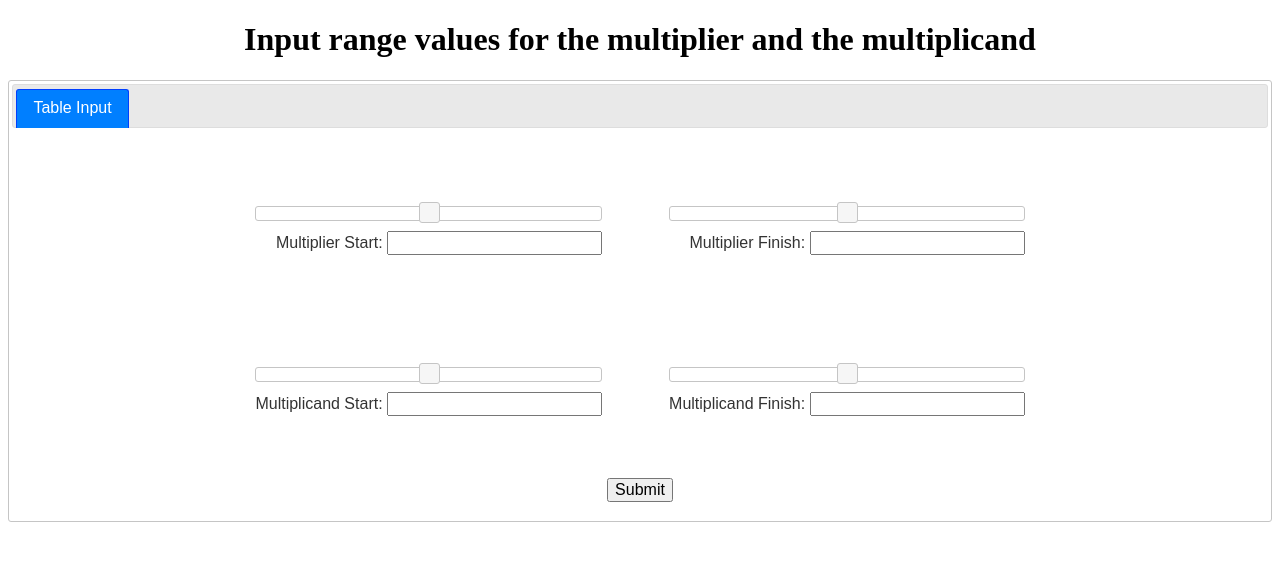
Repository: khrasna/HW4Part2
Page: index.html
The author's editor kept a copy of each file at every save. The page is drawn from the files as they stood at one save, then again after the next save.
The browser window is 1280 px wide. The pictures show the whole page.
Some web libraries are served in a nearby version.

Above is the page before, as saved 2021-11-15 16:34:05.

### index.html
<!-- HTML file for Assignment 3
By Karsten Hrasna  email Karsten_Hrasna@student.uml.edu-->
<!DOCTYPE html>
<html>

<head>
    <title>Multiplication Table</title>
    <link rel="stylesheet" href="style.css">
    <script type="text/javascript" src="https://ajax.googleapis.com/ajax/libs/jquery/3.5.1/jquery.min.js"></script>
    <script type="text/javascript" src="dist/jquery.validate.min.js"></script>
    <script type="text/javascript" src="formvalidate.js"></script>
    <script type="text/javascript"
        src="https://ajax.googleapis.com/ajax/libs/jqueryui/1.11.4/jquery-ui.min.js"></script>
    <link rel="stylesheet" href="https://ajax.googleapis.com/ajax/libs/jqueryui/1.11.4/themes/smoothness/jquery-ui.css">
</head>

<body>
    <h1>Input range values for the multiplier and the multiplicand</h1>
    <div id="tabs">
        <ul>
            <li><a href='#tab1'>Table Input</a></li>
        </ul>
        <div id="tab1">
            <!-- Learned from W3schools. Creates a form which takes number ranges for multiplier and multiplicand. -->


            <form id="FormInput" action="javascript:void(0);" method="get">
                <!--Learned about javascript:void(0) from Dutchie432 at https://stackoverflow.com/questions/1818249/form-with-no-action-and-where-enter-does-not-reload-page-->
                <table>
                    <tr>

                        <td class="pad">
                            <div id="slider-1"></div>
                            Multiplier Start: <input input="text" name="MultiplierStart">
                        </td>

                        <td>
                            <div id="slider-2"></div>
                            Multiplier Finish: <input type="text" name="MultiplierFinish">
                        </td>
                    </tr>
                    <tr>
                        <td class="pad">
                            <div id="slider-3"></div>
                            Multiplicand Start: <input type="text" name="MultiplicandStart">
                        </td>

                        <td>
                            <div id="slider-4"></div>
                            Multiplicand Finish: <input type="text" name="MultiplicandFinish">
                        </td>
                    </tr>
                </table>
                <input type="submit" value="Submit">
                <!--goes directly under form and processes the input to create a mult table-->
            </form>
        </div>
    </div>


</body>

</html>

### style.css
/*Created by Karsten Hrasna. email: Karsten_Hrasna@student.uml.edu*/
html,
body {
    height: 97%;
    text-align: center;
}

#slider-1,
#slider-2,
#slider-3,
#slider-4 {
    margin-bottom: 10px;
    margin-top: 10px;
}

div#tab1 {
    display: grid;
    grid-template-columns: 100%;
    /* top row of grid holds the form for input, the rest of page holds the multiplication table*/
    grid-template-rows: auto;
    height: 97%;

}

#multTable {
    margin: auto;
    border-collapse: separate;
    border-spacing: 0;
    /*the dynamically sized multiplication table */
    margin-top: 0px;
    border-bottom: 0px;

}

input[type=submit] {
    /* submit button under form spaced here */
    margin-top: 10px;
    margin-bottom: 0px;
}

#multTable td,
th {
    border: solid;
    border-color: black;
    min-width: 70px;
    font-size: 30px;
    height: 70px;
}


#multTable th {
    position: sticky;
    top: 0px;
    border-right: solid;
    border-right-color: white;
    border-bottom: solid;
    border-bottom-color: white;
    background-color: black;
    color: white;

}

#multTable th:first-child {
    position: sticky;
    top: 70px;
    left: 0;
}


.sticky {
    position: fixed;
    top: 0px;
    /* get the headers to stay fixed on mult table */
    width: 100%;
}

#multTable tr:first-child th:first-child {
    border: none;
    background-color: white;
}

#multTable p.inputError {
    margin: 0px;
}

form {
    grid-row: 1;
    margin-bottom: 0px;
}

table {
    margin-left: auto;
    margin-right: auto;
}

form td {
    text-align: right;
    justify-content: right;
    padding: 50px;

    /*line up the input form textboxes*/
}

form p {
    margin: 0px;
}

td.pad {
    padding-right: 15px;
}

### formvalidate.js
$(function () {
    $("#tabs").tabs();

    $("#slider-1").slider({
        min: -50,                       //initialize the four sliders to set the values of their respective input boxes
        max: 50,
        slide: function (event, ui) {
            $('input[name="MultiplierStart"]').val(ui.value);
        }
    });
    $("#slider-2").slider({
        min: -50,
        max: 50,
        slide: function (event, ui) {
            $('input[name="MultiplierFinish"]').val(ui.value);
        }
    });
    $("#slider-3").slider({
        min: -50,
        max: 50,
        slide: function (event, ui) {
            $('input[name="MultiplicandStart"]').val(ui.value);
        }
    });
    $("#slider-4").slider({
        min: -50,
        max: 50,
        slide: function (event, ui) {
            $('input[name="MultiplicandFinish"]').val(ui.value);
        }
    });

    $('input[name="MultiplierStart"]').on('keyup', function () { //if the input boxes values are changed, set the slider to that value
        $("#slider-1").slider("option", "value", $('input[name="MultiplierStart"]').val());
    });

    $('input[name="MultiplierFinish"]').on('keyup', function () {
        $("#slider-2").slider("option", "value", $('input[name="MultiplierFinish"]').val());
    });

    $('input[name="MultiplicandStart"]').on('keyup', function () {
        $("#slider-3").slider("option", "value", $('input[name="MultiplicandStart"]').val());
    });

    $('input[name="MultiplicandFinish"]').on('keyup', function () {
        $("#slider-4").slider("option", "value", $('input[name="MultiplicandFinish"]').val());
    });


    $.validator.addMethod("less", function (value, element, params) {
        if (params[0].value == "") {
            return true; // dont want it to say that the start has to be greater than finish if no finish given. instead it will say to give finish value in other error
        } else {
            return this.optional(element) || +value <= +params[0].value;

        } //checks to make sure that the starts are less than the finishes, learned from
    });                                                           // https://jqueryvalidation.org/jQuery.validator.addMethod/

    var valid = $('input[value="Submit"]').on("click", function () {

        $("#FormInput").validate({
            onkeyup: false,     //this makes it so the validator doesnt update the error messages whenever new input is typed. only validates when submit is hit.
            onfocusout: false,  //learned about onkeyup, and onfocusout at https://www.sitepoint.com/jquery-validation-validate-form-submit/
            rules: {
                MultiplierStart: {
                    digits: true,
                    less: $('input[name="MultiplierFinish"]'),
                    required: true,
                    range: [-50, 50]
                },
                MultiplierFinish: {
                    required: true,
                    digits: true,
                    range: [-50, 50]
                },

                MultiplicandStart: {
                    digits: true,
                    less: $('input[name="MultiplicandFinish"]'),
                    required: true,
                    range: [-50, 50]
                },

                MultiplicandFinish: {
                    digits: true,
                    required: true,
                    range: [-50, 50]
                }
            },

            messages: {
                MultiplierStart: {
                    digits: "Multiplier Start must be a digit",
                    required: "Multiplier Start must be a digit between -50 and 50",
                    range: "The range of Multiplier Start must stay within -50 and 50",
                    less: "The value of Multiplier Start must be less than or equal to Multiplier Finish."
                },

                MultiplierFinish: {
                    digits: "Multiplier Finish must be a digit",
                    required: "Multiplier Finish must be a digit between -50 and 50",
                    range: "The range of Multiplier Finish must stay within -50 and 50",
                },

                MultiplicandStart: {
                    digits: "Multiplicand Start must be a digit",
                    required: "Multiplicand Start must be a digit between -50 and 50",
                    range: "The range of Multiplicand Start must stay within -50 and 50",
                    less: "The value of Multiplicand Start must be less than or equal to Multiplicand Finish."
                },

                MultiplicandFinish: {
                    digits: "Multiplicand Finish must be a digit",
                    required: "Multiplicand Finish must be a digit between -50 and 50",
                    range: "The range of Multiplicand Finish must stay within -50 and 50",
                }
            },

            errorPlacement: function (error, element) {
                $(error).appendTo($(('#FormInput')));
            },
            errorElement: "p"

        });

        if ($("#FormInput").valid()) {
            process();
        }

    });

});

function process() {
    var multStart = $('input[name="MultiplierStart"]').val();
    var multFinish = $('input[name="MultiplierFinish"]').val();
    var multiplicandStart = $('input[name="MultiplicandStart"]').val();
    var multiplicandFinish = $('input[name="MultiplicandFinish"]').val();

     //clear old table and create a table with size based on input given
    const rowVals = [];
    const colVals = []; //these will hold the values of the multiplier and multiplicand
    var rows = multFinish - multStart;
    var cols = multiplicandFinish - multiplicandStart;
    var tabs = $("#tabs ul li").length + 1; //number of tabs, learned from https://stackoverflow.com/questions/14702631/in-jquery-ui-1-9-how-do-you-create-new-tabs-dynamically
    for (var i = 0; i <= cols; i++) {
        colVals[i] = (+multiplicandStart + +i); //save the values of the numbers being multiplied
    }
    for (var i = 0; i <= rows; i++) {
        rowVals[i] = (+multStart + +i);
    }
    var table = createTable(rows, cols, rowVals, colVals); //create table based on total rows and cols, and top and left are the sets of multipliers and multiplicands
    table.id = "multTable";
    //adds list item to tab list with parameters as title
    $("#tabs ul").append("<li><a href='#tab" + tabs + "'>" + multStart + " " + multFinish + " " + multiplicandStart + " " + multiplicandFinish + "</a></li>");
    $("#tabs").append("<div id='tab" + tabs + "'></div>");
    $("#tab" + tabs).append(table);
    $("#tabs").tabs("refresh");

}

function createTable(rows, cols, rowVals, colVals) {
    var t = document.createElement('table');
    for (var x = 0; x <= rows + 1; x++) { // rows and cols + 1 to indicate ranges of numbers
        var r = document.createElement('tr');
        t.appendChild(r);
        for (var y = 0; y <= cols + 1; y++) {   //creates the cols of the table row by row
            if (y == 0) {
                var c = document.createElement('th'); //create and insert element based on position in table
                c.id = "topHeader";
                if (x != 0) {
                    c.innerHTML = rowVals[x - 1]; // - 1 because it is moved over 1 to the right
                }
            } else if (x == 0) {
                var c = document.createElement('th');
                if (y != 0) {
                    c.innerHTML = colVals[y - 1];
                }
            } else {
                var c = document.createElement('td');
                c.innerHTML = rowVals[x - 1] * colVals[y - 1];
                if (((y % 2) + (x % 2)) == 0 || ((y % 2) + (x % 2)) == 2) { // checker board effect
                    c.style.backgroundColor = "gray";
                }
            }
            r.appendChild(c);
        }
    }
    return t;
}

Loaded but not shown: dist/jquery.validate.min.js (library)

After the next save:
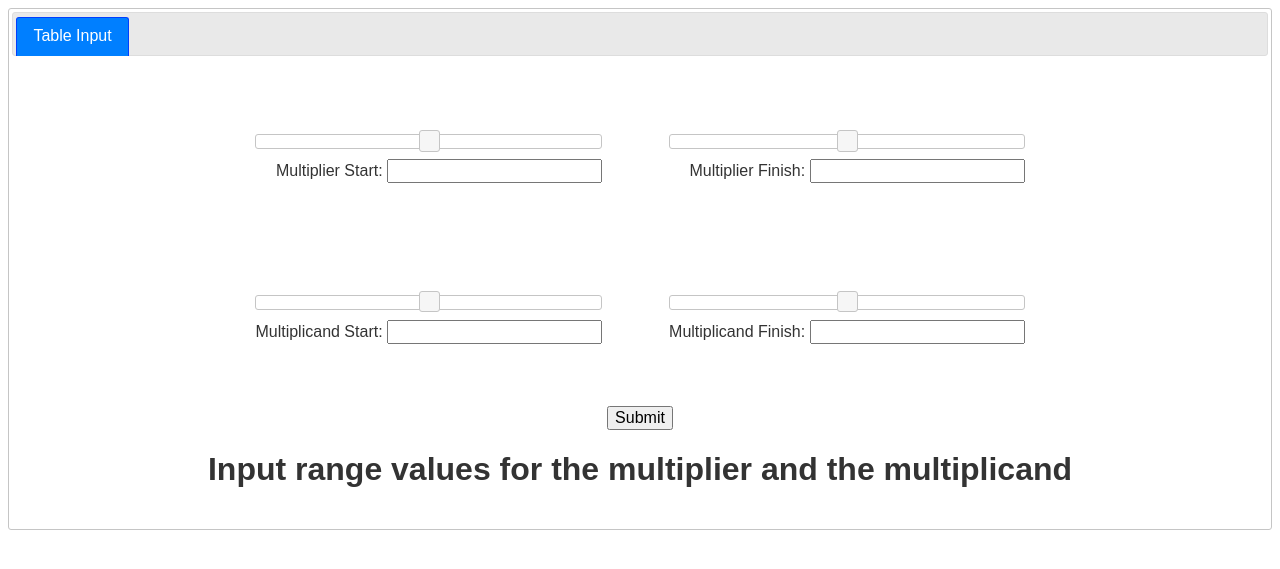
Saved 23 s later.
--- a/index.html
+++ b/index.html
@@ -15,15 +15,14 @@ By Karsten Hrasna  email Karsten_Hrasna@student.uml.edu-->
 </head>
 
 <body>
-    <h1>Input range values for the multiplier and the multiplicand</h1>
+
     <div id="tabs">
         <ul>
             <li><a href='#tab1'>Table Input</a></li>
         </ul>
         <div id="tab1">
+            <h1>Input range values for the multiplier and the multiplicand</h1>
             <!-- Learned from W3schools. Creates a form which takes number ranges for multiplier and multiplicand. -->
-
-
             <form id="FormInput" action="javascript:void(0);" method="get">
                 <!--Learned about javascript:void(0) from Dutchie432 at https://stackoverflow.com/questions/1818249/form-with-no-action-and-where-enter-does-not-reload-page-->
                 <table>
